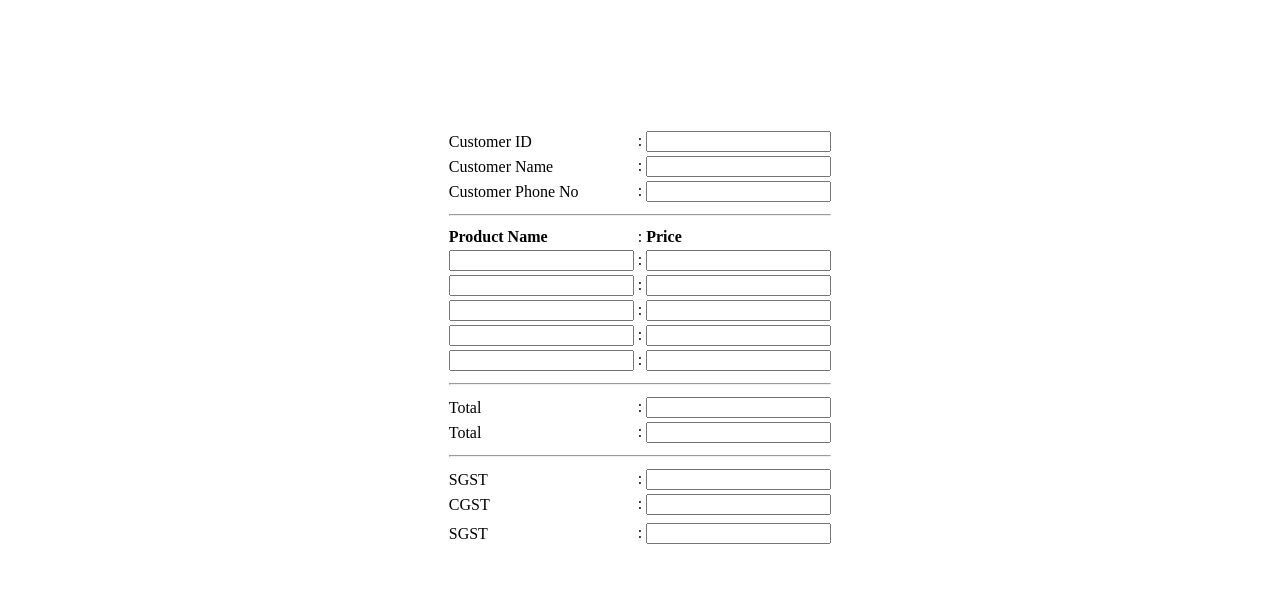
Repository: gajanansp07/Advance_Java_Practice
Page: http://localhost/JspPro/JspTest.jsp
These files come from the project's save history. The page is drawn as it stood at one moment and after the next save; the edit follows.
The browser window is 1280 px wide. The pictures show the whole page.
The page is served by Tomcat 9.

Above is the page before, as saved 2022-03-13 14:35:39.

### JspPro/src/main/webapp/JspTest.jsp
<%@ page language="java" contentType="text/html; charset=ISO-8859-1"
    pageEncoding="ISO-8859-1"%>
<!DOCTYPE html>
<html>
<head>
<meta charset="ISO-8859-1">
<title>Insert title here</title>
<style>
        body {
            margin-top: 10%;
        }

        td {
            padding: 1px;
        }

        table {
            text-align: -webkit-center;
        }
    </style>
</head>
<body>
	<form action="CustBill.jsp" method="get" >
	<table align="center">
	<tr><td>Customer ID</td><td> :  <input type="text" name="cname" id="cname"> </td></tr>
	<tr><td>Customer Name</td><td> :  <input type="text" name="cname" id="cname"> </td></tr>
	<tr><td>Customer Phone No</td><td> :  <input type="text" name="cname" id="cname"> </td></tr>
	<tr><td colspan=2><hr /></td> </tr>
	<tr><td><b>Product Name</b></td><td> :  <b>Price</b> </td></tr>
	<tr><td> <input type="text" name="cname" id="cname"></td><td> :  <input type="text" name="cname" id="cname"> </td></tr>
	<tr><td> <input type="text" name="cname" id="cname"></td><td> :  <input type="text" name="cname" id="cname"> </td></tr>
	<tr><td> <input type="text" name="cname" id="cname"></td><td> :  <input type="text" name="cname" id="cname"> </td></tr>
	<tr><td> <input type="text" name="cname" id="cname"></td><td> :  <input type="text" name="cname" id="cname"> </td></tr>
	<tr><td> <input type="text" name="cname" id="cname"></td><td> :  <input type="text" name="cname" id="cname"> </td></tr>
	<tr><td colspan=2> <hr /></td> </tr>
	<tr><td> Total</td><td> :  <input type="text" name="cname" id="cname"> </td></tr>
	<tr><td> Total</td><td> :  <input type="text" name="cname" id="cname"> </td></tr>
	<tr><td colspan=2><hr /></td> </tr>
	<tr><td> SGST</td><td> :  <input type="text" name="cname" id="cname"> </td></tr>
	<tr><td> CGST</td><td> :  <input type="text" name="cname" id="cname"> </td></tr>
	<tr><td></td> </tr>
	<tr><td> SGST</td><td> :  <input type="text" name="cname" id="cname"> </td></tr>
	</table>
	</form>

</body>
</html>

After the next save:
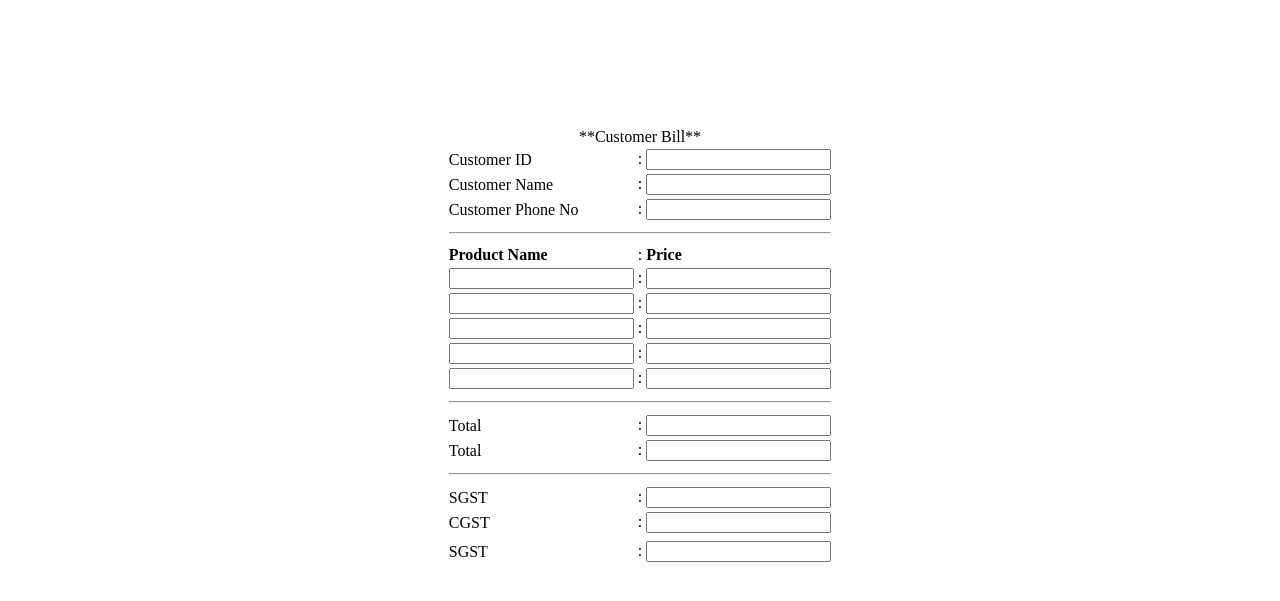
Saved 2 min 34 s later.
--- a/JspPro/src/main/webapp/JspTest.jsp
+++ b/JspPro/src/main/webapp/JspTest.jsp
@@ -22,6 +22,7 @@
 <body>
 	<form action="CustBill.jsp" method="get" >
 	<table align="center">
+	<caption>**Customer Bill**</caption>
 	<tr><td>Customer ID</td><td> :  <input type="text" name="cname" id="cname"> </td></tr>
 	<tr><td>Customer Name</td><td> :  <input type="text" name="cname" id="cname"> </td></tr>
 	<tr><td>Customer Phone No</td><td> :  <input type="text" name="cname" id="cname"> </td></tr>
